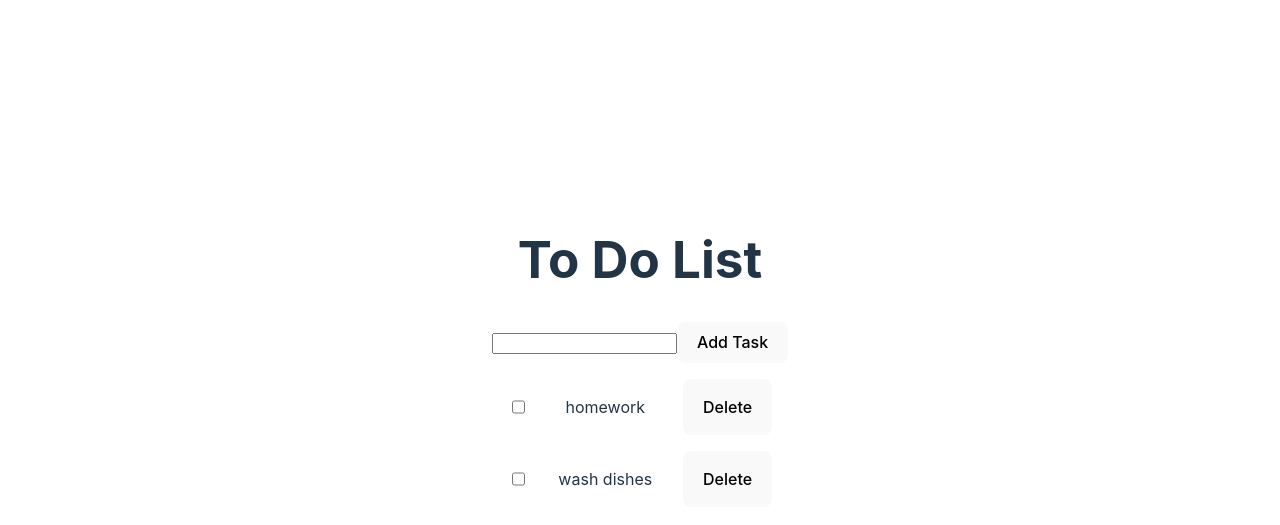
Repository: Jennica1/FRONT_END_WEEK06
Page: / (app in react/)
An editor plug-in stored every save of this project. The page is shown before and after the next save, followed by the edit.
The browser window is 1280 px wide. The pictures show the whole page.
The project was rebuilt for these pictures with package versions that can differ from the ones it lists, and the page was loaded fresh each time. Also part of the build but not shown: react/vite.config.js.

Above is the page before, as saved 2024-10-24 10:21:03.

After the next save:
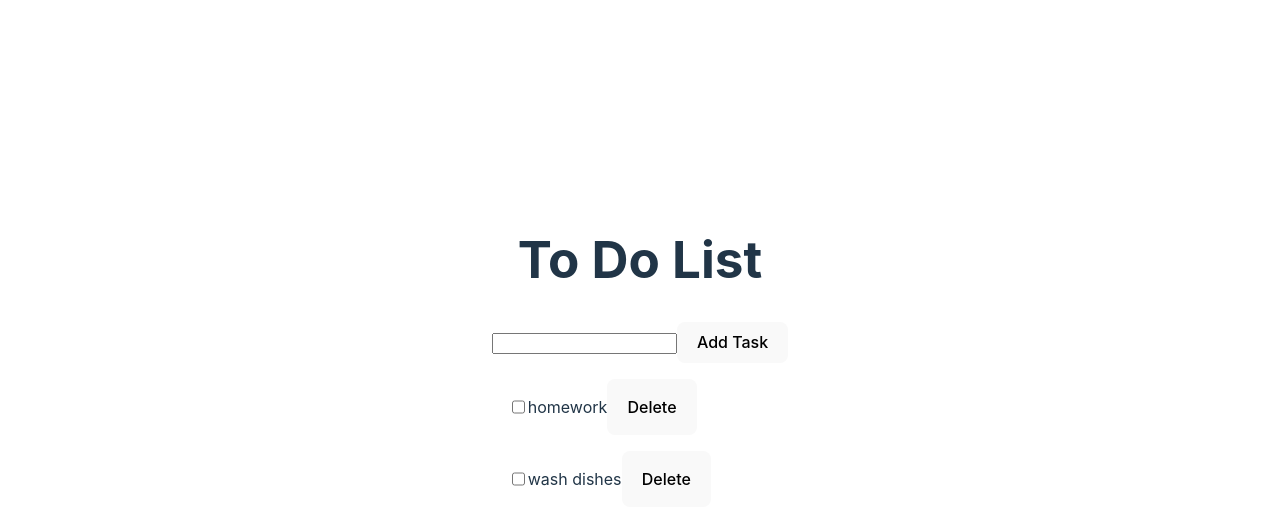
Saved 44 s later.
--- a/react/src/components/TaskForm.jsx
+++ b/react/src/components/TaskForm.jsx
@@ -47,7 +47,7 @@ function TaskForm() {
   }
 
   const newListUI = tasks.map((task) => (
-    <div key={task.id} style={{ display: 'flex', justifyContent: 'center',  justifyContent:"space-between", margin: '1em'}}>
+    <div key={task.id} style={{ display: 'flex', justifyContent:"space-between, center", margin: '1em'}}>
       <input
         type="checkbox"
         checked={task.completed}
